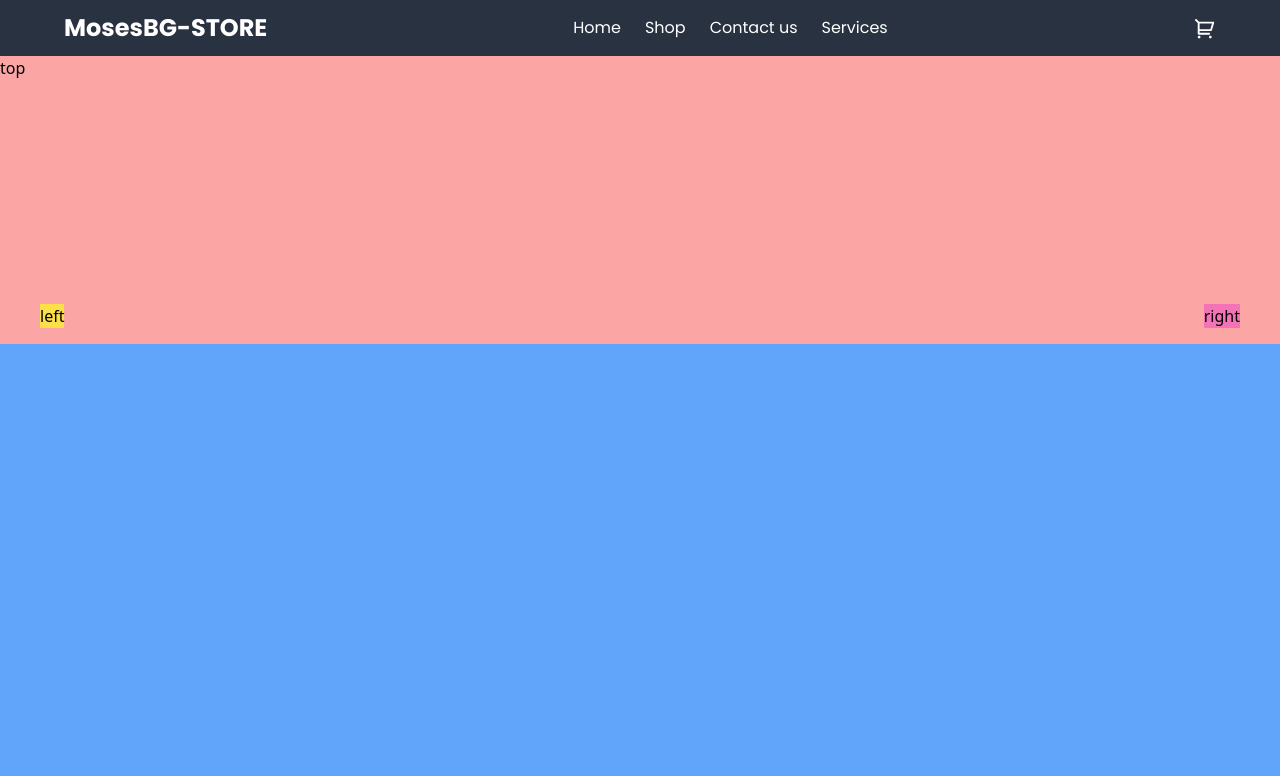
Repository: moshebengan/cart
Page: /fake-store/contact-us
These files come from the project's save history. The page is drawn as it stood at one moment and after the next save; the edit follows.
The browser window is 1280 px wide. The pictures show the whole page.
The project was rebuilt for these pictures with package versions that can differ from the ones it lists, and the page was loaded fresh each time. Also part of the build but not shown: vite.config.js, src/components/Error.jsx, src/utils/data.js, src/utils/apiCalls.js, src/components/Loading.jsx, src/components/Products.jsx, src/components/Footer.jsx, src/pages/HomePage.jsx and 5 more.

Above is the page before, as saved 2024-09-15 15:14:26.

### index.html
<!DOCTYPE html>
<html lang="en">
  <head>
    <meta charset="UTF-8" />
    <link rel="icon" type="image/svg+xml" href="/vite.svg" />
    <meta name="viewport" content="width=device-width, initial-scale=1.0" />
    <link rel="preconnect" href="https://fonts.googleapis.com" />
    <link rel="preconnect" href="https://fonts.gstatic.com" crossorigin />
    <link
      href="https://fonts.googleapis.com/css2?family=Poppins:ital,wght@0,100;0,200;0,300;0,400;0,500;0,600;0,700;0,800;0,900;1,100;1,200;1,300;1,400;1,500;1,600;1,700;1,800;1,900&display=swap"
      rel="stylesheet"
    />
    <title>MosesBG-SHOP</title>
  </head>
  <body>
    <div id="root"></div>
    <script type="module" src="/src/main.jsx"></script>
  </body>
</html>

### src/main.jsx
import { StrictMode } from 'react'
import { createRoot } from 'react-dom/client'

import './index.css'
import { createBrowserRouter, RouterProvider } from 'react-router-dom'
import routes from './routes.jsx'

const router = createBrowserRouter(routes)

createRoot(document.getElementById('root')).render(
  <StrictMode>
    <RouterProvider router={router} />
  </StrictMode>,
)

### src/index.css
@tailwind base;
@tailwind components;
@tailwind utilities;

body,
html {
  height: 100%;
  width: 100%;
}

.container {
  width: 90%;
  margin: auto;
}

### src/routes.jsx
import Error from "./components/Error";
import ContactUs from "./pages/ContactUs";
import HomePage from "./pages/HomePage";
import MyCart from "./pages/MyCart";
import NavigationBar from "./pages/NavigationBar";
import ShopPage from "./pages/ShopPage";


const routes = [
	{
		path: '/fake-store',
		element: <NavigationBar />,
		children: [
			{
				path:"home",
				element:<HomePage/>,
				errorElement: <Error/>
			},
			{ 	path: 'shop',
				 	element: <ShopPage />,
					errorElement: <Error/>

			},
			{
				path: 'cart',
				element: <MyCart />,
				errorElement: <Error/>
			},
			{
				path:'contact-us',
				element: <ContactUs/>,
				errorElement: <Error />
			}
		]

	},

];

export default routes

### src/pages/ContactUs.jsx


const ContactUs = () => {
  return (
    <div className="w-full h-screen flex flex-col">
      <div className="w-full h-[40%] bg-red-300">top</div>
      <div className="w-full h-[60%] bg-blue-400 relative flex flex-row">
        <div className="absolute w -top-10 left-10 bg-yellow-300 flex-1">left</div>
        <div className="absolute -top-10 right-10 bg-pink-400 flex-1">right</div>
      </div>
    </div>
  )
}

export default ContactUs

### src/pages/NavigationBar.jsx
import { useState } from "react";
import { Link, Outlet } from "react-router-dom";
import { IoMdMenu, IoMdClose } from "react-icons/io";
import Cart from "../components/Cart";

const NavigationBar = () => {
  const [isOpen, setIsOpen] = useState(false);
  const [cartItems, setCartItems] = useState(0);

  const openNav = () => {
    setIsOpen(!isOpen);
  };

  const resetNav = () => {
    if (isOpen) setIsOpen(!isOpen);
  };

  return (
    <>
      <div className="w-full bg-dark-blue font-poppins">
        <div className="container">
          <nav className="py-3 flex justify-between items-center text-white">
            <h1 className="font-bold text-2xl">MosesBG-STORE</h1>
            <div className="hidden md:flex gap-6">
              <Link to={"/fake-store/home"}>Home</Link>
              <Link to={"/fake-store/shop"}>Shop</Link>
              <Link to={"/fake-store/contact-us"}>Contact us</Link>
              <Link>Services</Link>
            </div>
            <div className="flex flex-row items-center gap-5">
              <Cart resetNav={resetNav} items={cartItems} />
              <div className="z-50 md:hidden">
                <button className="flex items-center">
                  {isOpen ? (
                    <IoMdClose className="p1" onClick={openNav} />
                  ) : (
                    <IoMdMenu className="p1" onClick={openNav} />
                  )}
                </button>
              </div>
            </div>
          </nav>
          <div
            className={`container text-dark-blue ${
              isOpen ? "block" : "hidden"
            } `}
          >
            <div className="z-40 fixed top-0 left-0 bottom-0 w-full bg-dark-blu opacity-35"></div>
            <nav className="z-50 fixed top-0 left-0 bottom-0 flex flex-col gap-10 w-5/6 max-w-sm py-6 px-6 bg-[#F8F8F8] overflow-y-auto">
              <div>
                <h1 className="font-bold text-3xl">MosesBG-SHOP</h1>
                <hr className="h-px mt-3 bg-gray-200 border-0" />
              </div>
              <div className="flex flex-col gap-5">
                <Link
                  to={"/fake-store"}
                  className="nav-item-hover"
                  onClick={resetNav}
                >
                  Home
                </Link>
                <Link
                  to={"/fake-store/shop"}
                  className="nav-item-hover"
                  onClick={resetNav}
                >
                  Shop
                </Link>
                <Link className="nav-item-hover">Contact Us</Link>
                <Link className="nav-item-hover">Services</Link>
                <hr className="h-px mt-3 bg-gray-200 border-0" />
              </div>
            </nav>
          </div>
        </div>
      </div>
      <div className="h-screen w-auto">
        <Outlet context={[cartItems, setCartItems]} />
      </div>
    </>
  );
};

export default NavigationBar;

### src/components/Cart.jsx
import { RiShoppingCart2Line } from "react-icons/ri";
import { Link } from "react-router-dom";

const Cart = ({ resetNav, items }) => {
  return (
    <Link to={"/fake-store/cart"} onClick={resetNav}>
      <div className="relative">
        <RiShoppingCart2Line size={"1.4em"} />
        <span className="absolute text-xs bg-orange-500 p-0.3 px-1 text-red-50 rounded-full -top-1.5 left-4">
          {items > 0 ? items : ""}
        </span>
      </div>
    </Link>
  );
};

export default Cart;

### tailwind.config.js
/** @type {import('tailwindcss').Config} */
export default {
  content: [
    "./index.html",
    "./src/**/*.{js,ts,jsx,tsx}",
  ],
  theme: {
    fontFamily: {
      poppins: ["Poppins", "sans-serif"]
    },
    extend: {
      backgroundImage: {
        "homepage-image": "url('/public/bghomepage.jpg')",
        "homepage-darker": "url('/public/darkerbg.jpg')"
      },
      colors: {
      "dark-blue": "#293241"
    },
    keyframes: {
      'fade-in-out': {
        '0%': { opacity: '0', transform: 'scale(0.95)' },
        '100%': { opacity: '1', transform: 'scale(1)' },
      },
    },
    animation: {
      'fade-in-out': 'fade-in-out 0.5s ease-in-out', // Customize duration and easing
    },
  }
  },
  plugins: [],
}

After the next save:
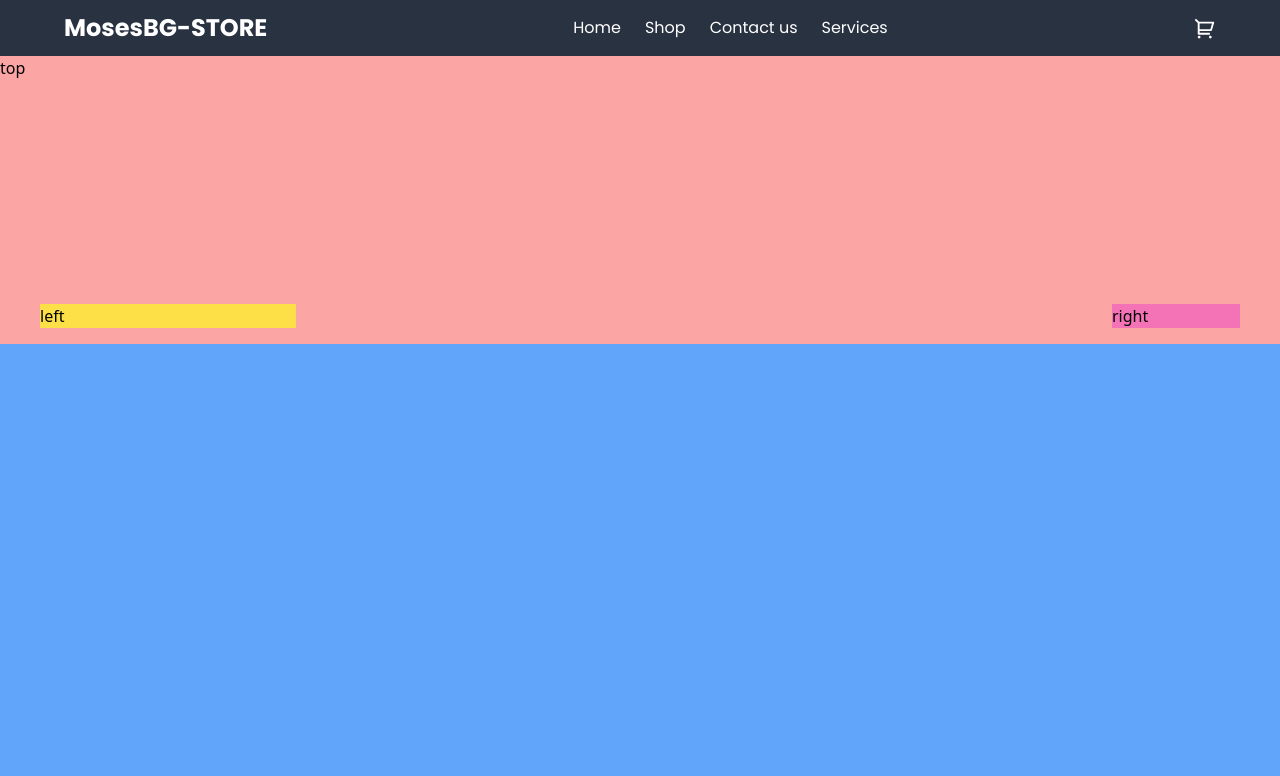
Saved 101 s later.
--- a/src/pages/ContactUs.jsx
+++ b/src/pages/ContactUs.jsx
@@ -5,8 +5,8 @@ const ContactUs = () => {
     <div className="w-full h-screen flex flex-col">
       <div className="w-full h-[40%] bg-red-300">top</div>
       <div className="w-full h-[60%] bg-blue-400 relative flex flex-row">
-        <div className="absolute w -top-10 left-10 bg-yellow-300 flex-1">left</div>
-        <div className="absolute -top-10 right-10 bg-pink-400 flex-1">right</div>
+        <div className="absolute w -top-10 left-10 bg-yellow-300 flex-initial w-64">left</div>
+        <div className="absolute -top-10 right-10 bg-pink-400 flex-initial w-32 ">right</div>
       </div>
     </div>
   )
